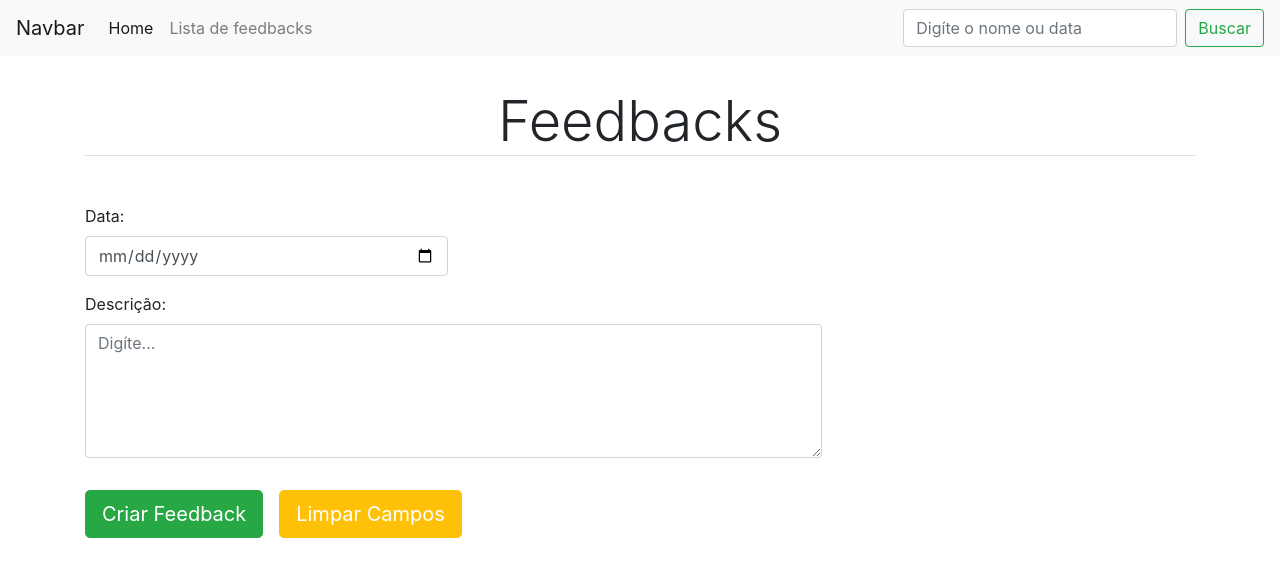
Repository: JulioSantooz/maisViagensSegundaVersao
Page: java-web(eclipse)/java-crud-mais-viagens/src/main/webapp/descricao.html
These files come from the project's save history. The page is drawn as it stood at one moment and after the next save; the edit follows.
The browser window is 1280 px wide. The pictures show the whole page.
Some web libraries are served in a nearby version.

Above is the page before, as saved 2022-02-06 15:26:47.

After the next save:
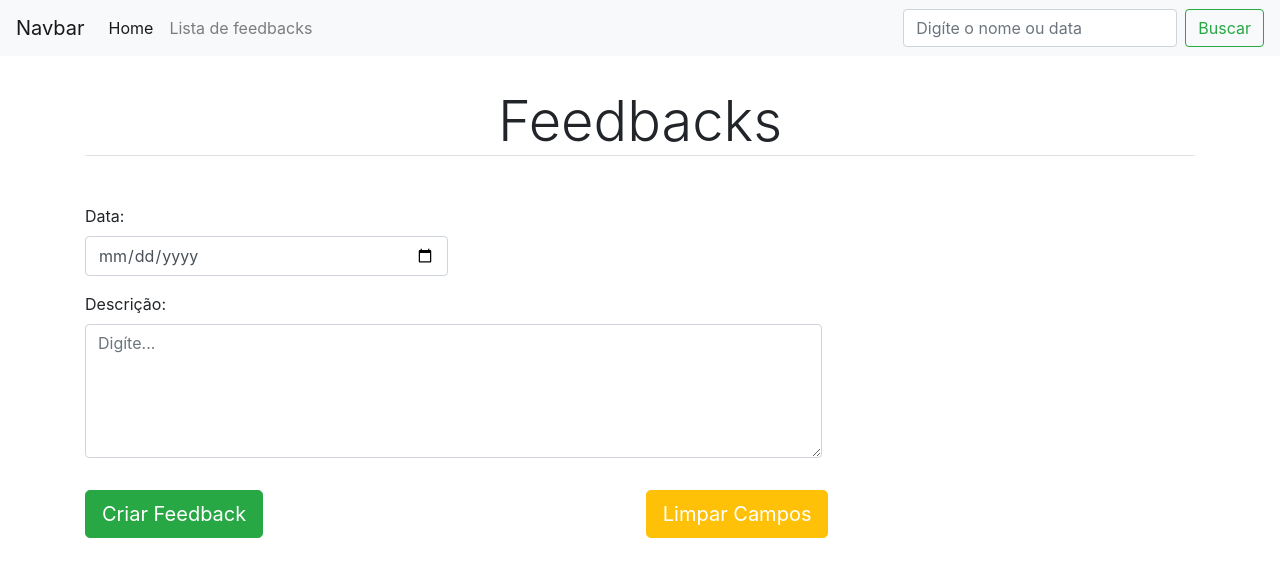
Saved 24 s later.
--- a/java-web(eclipse)/java-crud-mais-viagens/src/main/webapp/descricao.html
+++ b/java-web(eclipse)/java-crud-mais-viagens/src/main/webapp/descricao.html
@@ -45,7 +45,7 @@
                     </div>
                 </div>
                 <button type="submit" class="btn btn-lg btn-success my-3 float-left">Criar Feedback</button>
-                <button type="reset" class="btn btn-lg btn-warning text-white ml-3 my-3 float-left">Limpar Campos</button>
+                <button type="reset" class="btn btn-lg btn-warning text-white ml-3 my-3">Limpar Campos</button>
             </form>
 		</div>
 	</div>

After the save that followed:
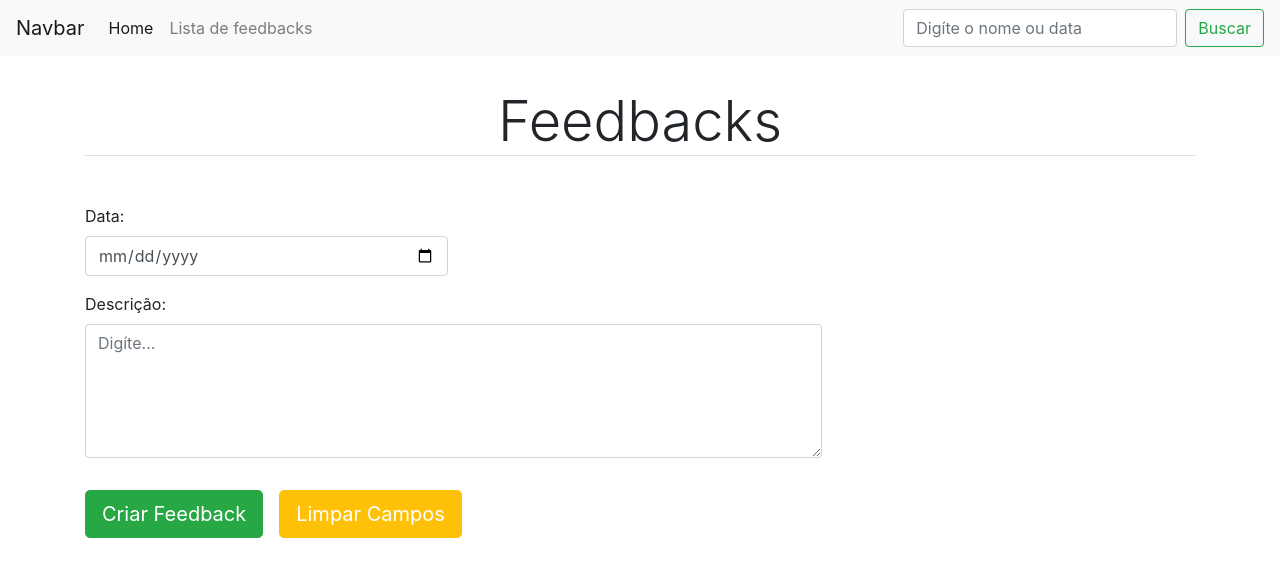
Saved 6 s later.
--- a/java-web(eclipse)/java-crud-mais-viagens/src/main/webapp/descricao.html
+++ b/java-web(eclipse)/java-crud-mais-viagens/src/main/webapp/descricao.html
@@ -45,7 +45,7 @@
                     </div>
                 </div>
                 <button type="submit" class="btn btn-lg btn-success my-3 float-left">Criar Feedback</button>
-                <button type="reset" class="btn btn-lg btn-warning text-white ml-3 my-3">Limpar Campos</button>
+                <button type="reset" class="btn btn-lg btn-warning text-white ml-3 my-3 float-left">Limpar Campos</button>
             </form>
 		</div>
 	</div>
